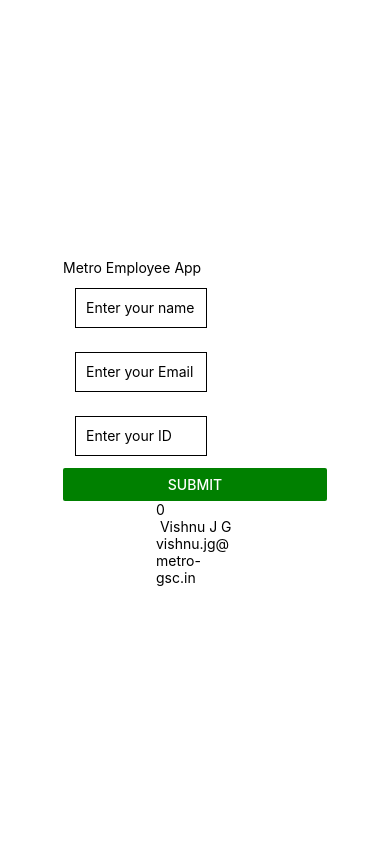
Repository: VishnuJG/Metro-Employee-App
Screen: /
An editor plug-in stored every save of this project. The screen is shown before and after the next save, followed by the edit.
The app was drawn by React Native's web renderer in a window 390 px wide. The project was rebuilt for these pictures with package versions that can differ from the ones it lists, and the page was loaded fresh each time.

Above is the screen before, as saved 2022-06-28 13:42:03.

After the next save:
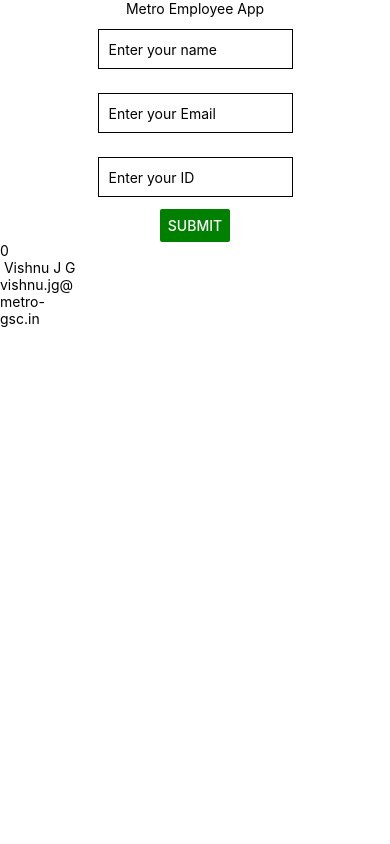
Saved 18 s later.
--- a/App.js
+++ b/App.js
@@ -36,8 +36,8 @@ export default function App() {
     onEmpUpdate([...emp, newEmp]);
   }
   return (
-    <View style={styles.container}>
-      <View>
+    <View >
+      <View style={styles.container}>
         <Text>Metro Employee App</Text>
 
         <TextInput
